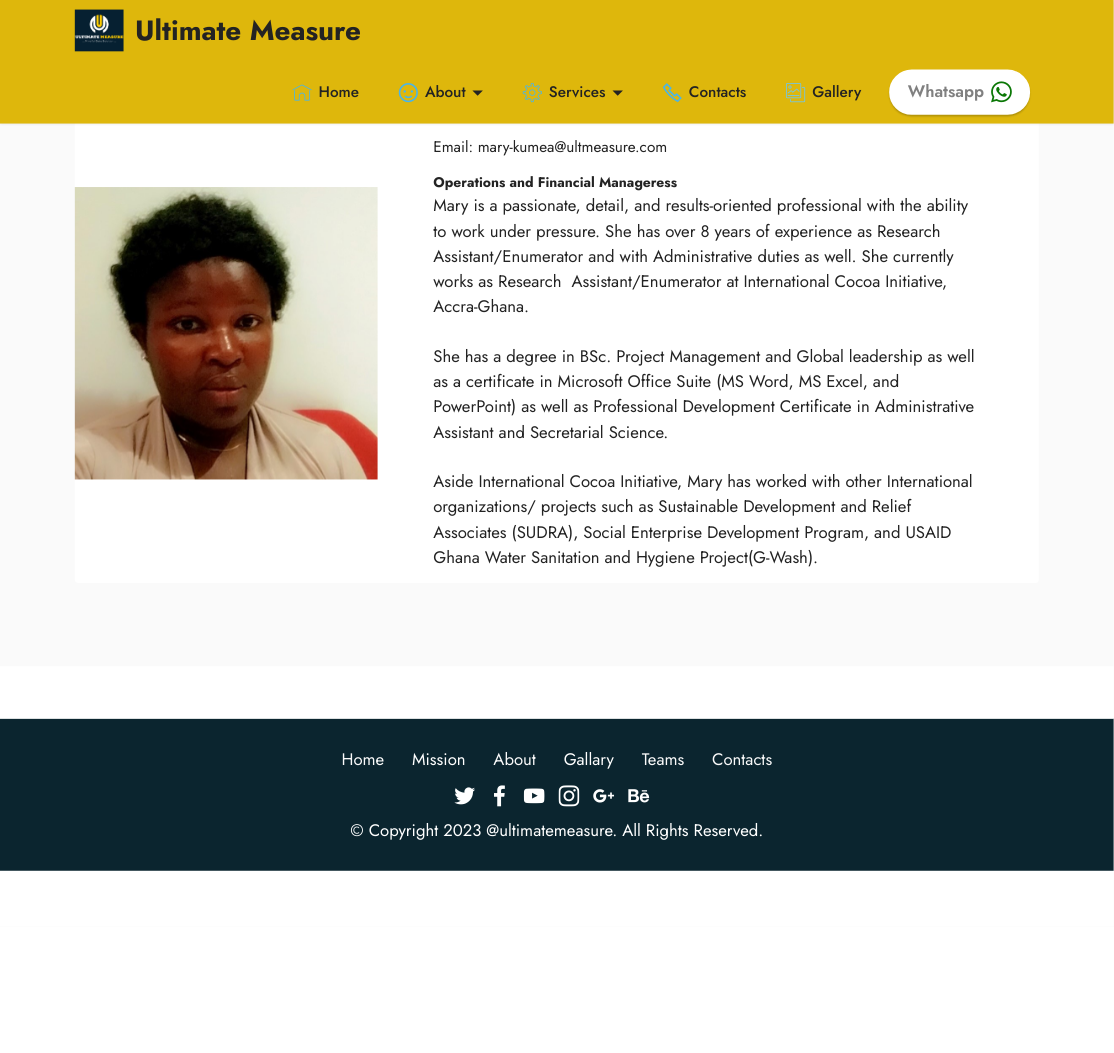
Repository: Saviour-Dagadu/ultMeasure
Page: page5.html
These files come from the project's save history. The page is drawn as it stood at one moment and after a run of saves; the edit follows.
The browser window is 1280 px wide. The pictures show the whole page, at 87% of full size.

Above is the page before, as saved 2023-07-19 06:51:32.

After the next 2 saves:
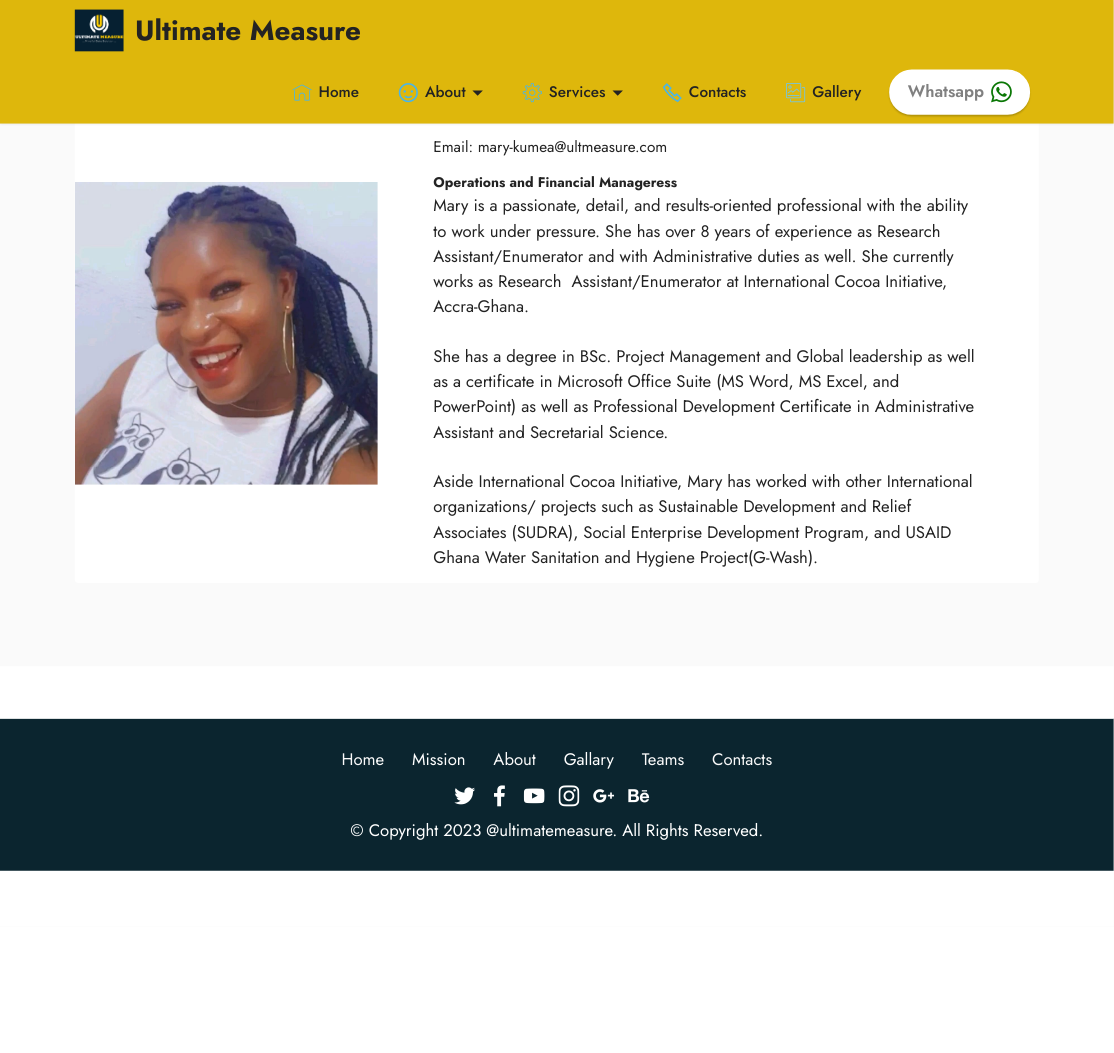
The 2 saves are shown as one change because they came seconds apart.
The last was saved 49 s later.
--- a/page5.html
+++ b/page5.html
@@ -45,7 +45,7 @@
                 <div class="row align-items-center">
                     <div class="col-12 col-md-4">
                         <div class="image-wrapper">
-                            <img src="assets/images/MaryUltimate4.jpeg" alt="Mobirise Website Builder">
+                            <img src="assets/images/21c33b11-4f26-42b3-be18-20bef8bdf8b3.jpg" alt="Mobirise Website Builder">
                         </div>
                     </div>
                     <div class="col-12 col-md">
